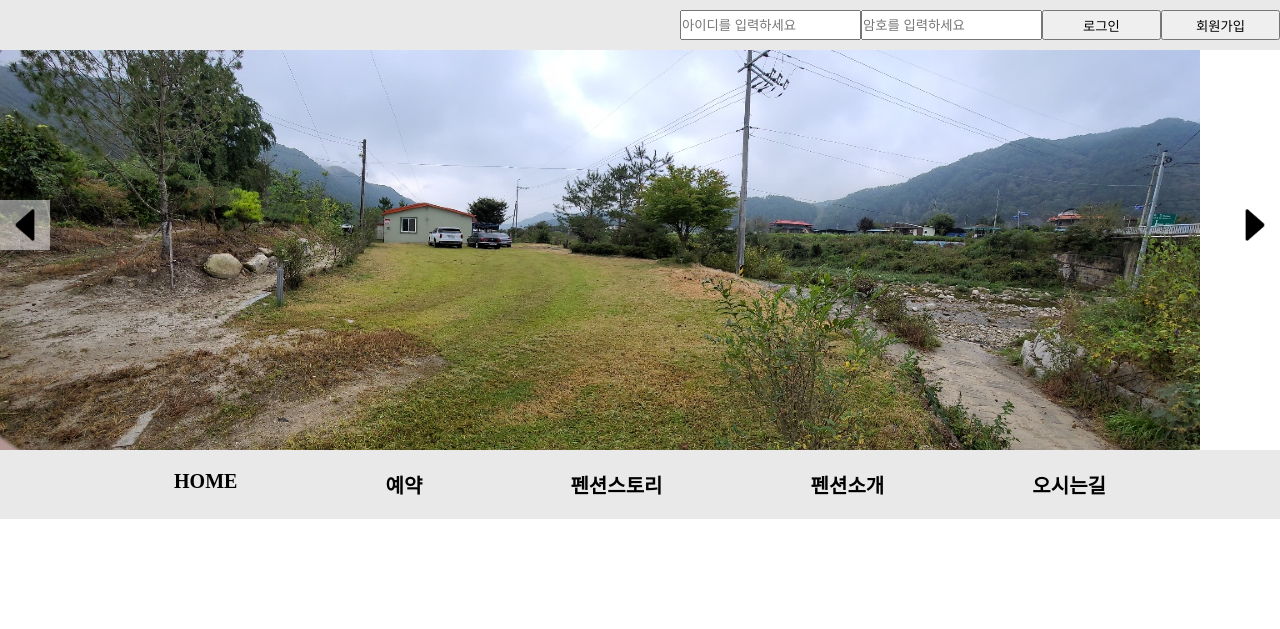
Repository: cdnwell/Jsp
Page: http://localhost/total/template/pheader.jsp
These files come from the project's save history. The page is drawn as it stood at one moment and after the next save; the edit follows.
The browser window is 1280 px wide. The pictures show the whole page.
The page is served by Tomcat 9.

Above is the page before, as saved 2022-06-30 06:26:03.

After the next save:
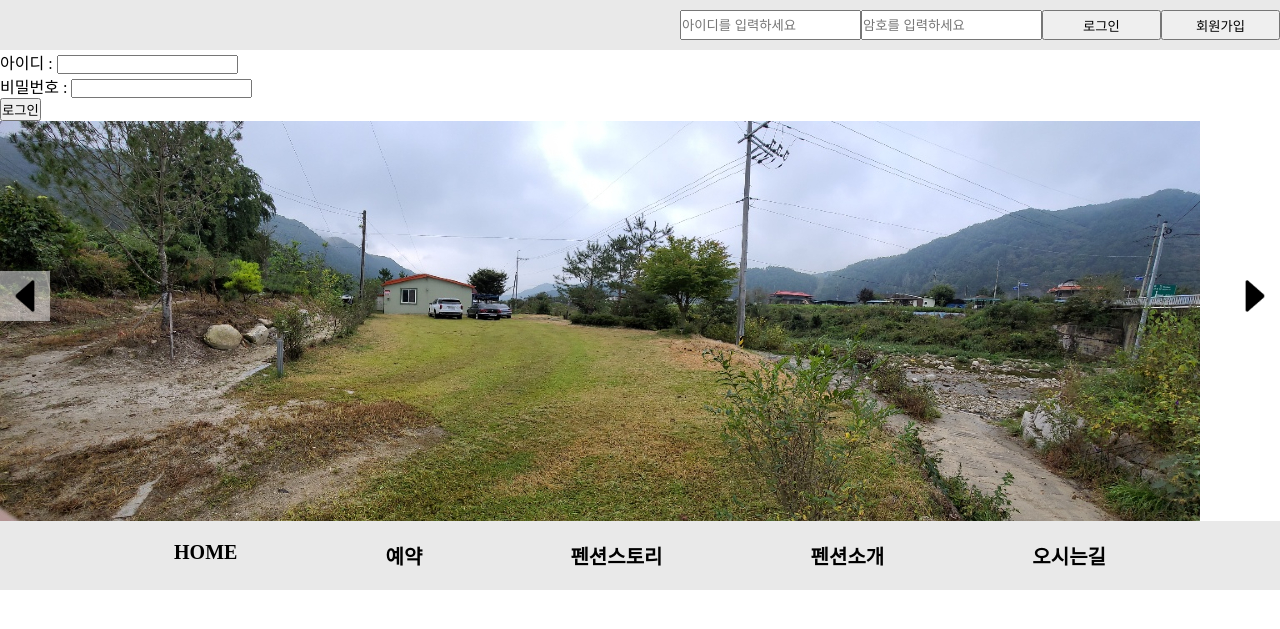
Saved 28 s later.
--- a/total/src/main/webapp/template/pheader.jsp
+++ b/total/src/main/webapp/template/pheader.jsp
@@ -171,6 +171,25 @@
       </div>
 
    </div>
+  <%
+	String id = (String)session.getAttribute("id");
+
+	if(id == null){
+%>
+	<form action="login_session_process.jsp" method="post">
+		아이디 : <input type="text" name="id"><br>
+		비밀번호 : <input type="password" name="pass"><br>
+		<button>로그인</button>
+	</form>
+<%
+	}else{
+%>
+	<%=id %>님이 로그인 하셨습니다.<br>
+	<a href="logout.jsp">로그아웃</a>
+<%
+	}
+%>
+
    <div class="ad_img">
       <button class="left_arrow">
          <img src="resource/images/left_arrow.png" alt="">

After the 2 saves that followed:
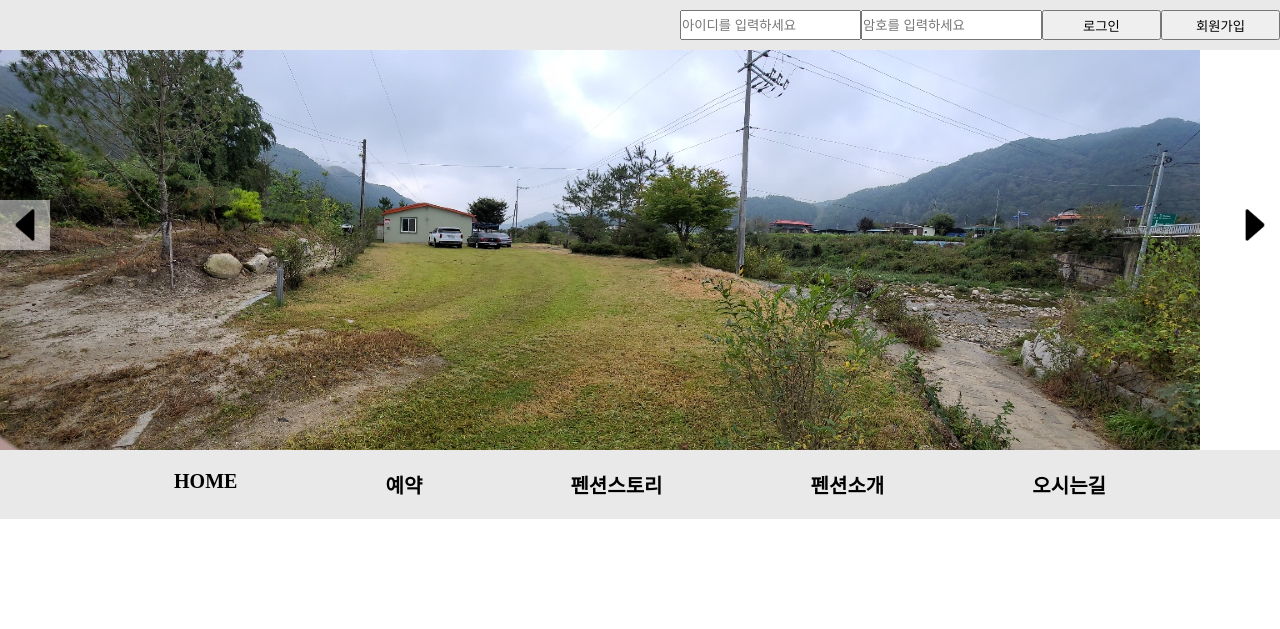
The 2 saves are shown as one change because 1 left the picture as it was.
The last was saved 2 min 23 s later.
--- a/total/src/main/webapp/template/pheader.jsp
+++ b/total/src/main/webapp/template/pheader.jsp
@@ -162,7 +162,7 @@
 
             			<!-- 나중에 회원가입을 누르면 자바스크립트로 회원가입 페이지로 이동시키기 -->
 
-      <div class="login_form">
+      <div class="login_form" action="login_session_process.jsp" method="post">
       		<form action="login_process.jsp" method="post">
       			<input type="text" name="id" placeholder="아이디를 입력하세요">
       			<input type="password" name="pass" placeholder="암호를 입력하세요">
@@ -176,16 +176,11 @@
 
 	if(id == null){
 %>
-	<form action="login_session_process.jsp" method="post">
-		아이디 : <input type="text" name="id"><br>
-		비밀번호 : <input type="password" name="pass"><br>
-		<button>로그인</button>
-	</form>
+
 <%
 	}else{
 %>
-	<%=id %>님이 로그인 하셨습니다.<br>
-	<a href="logout.jsp">로그아웃</a>
+	out.write("<script></script>");
 <%
 	}
 %>
